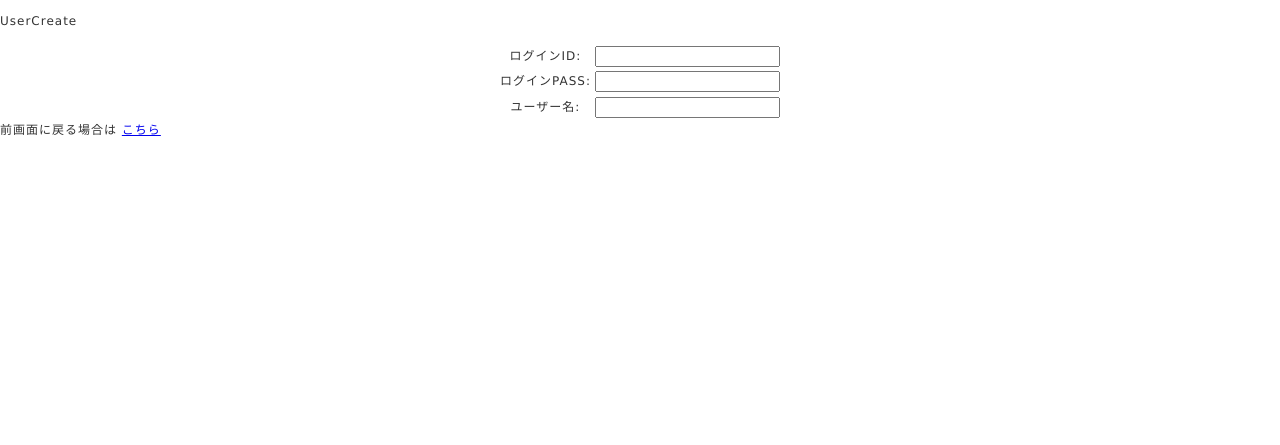
Repository: RyunosukeSaiga0816/test
Page: http://localhost/website/userCreateConfirm.jsp
The author's editor kept a copy of each file at every save. The page is drawn from the files as they stood at one save, then again after the next save.
The browser window is 1280 px wide. The pictures show the whole page.
The page is served by Tomcat 9.

Above is the page before, as saved 2018-07-31 05:39:21.

After the next save:
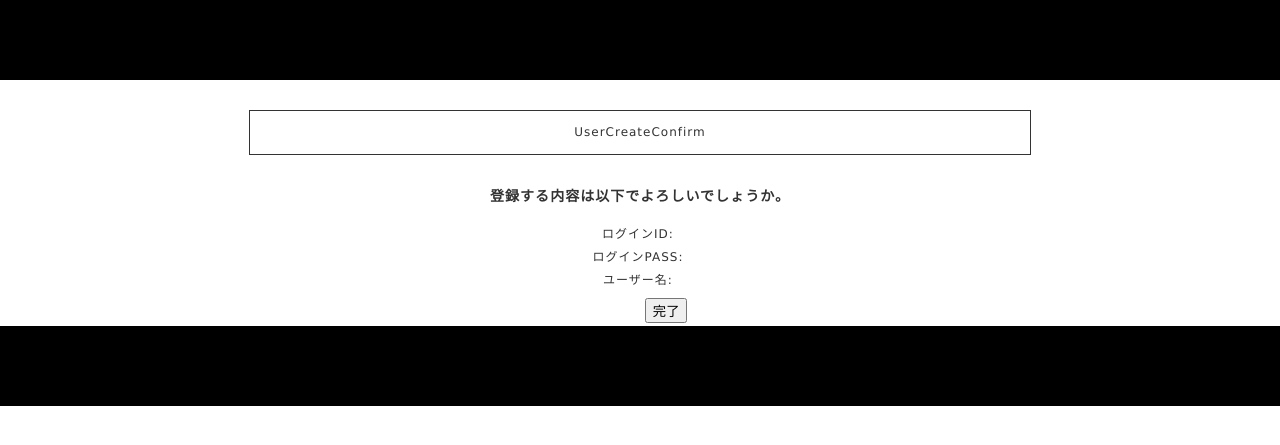
Saved 3 min 14 s later.
--- a/website/WebContent/userCreateConfirm.jsp
+++ b/website/WebContent/userCreateConfirm.jsp
@@ -4,13 +4,13 @@
 <!DOCTYPE html>
 <html>
 	<head>
-		<meta http-equiv="Content-Type" content="text/html; charset=UTF-8"/>
+		<meta http-equiv="Content-Type" content="text/html; charset=utf-8"/>
 		<meta http-equiv="Content-Style-Type" content="text/css"/>
-		<meta http-equiv="Content-Script-Type" content="text/java.script"/>
+		<meta http-equiv="Content-Script-Type" content="text/javascript"/>
 		<meta http-equiv="imagetoolbar" content="no"/>
 		<meta name="description" content=""/>
 		<meta name="keywords" content=""/>
-		<title>UserCreate画面</title>
+		<title>UserCreateConfirm画面</title>
 
 		<style type="text/css">
 
@@ -30,7 +30,7 @@
 				margin:0 auto;
 			}
 
-			/*========ID LAYOUT========:/
+			/*========ID LAYOUT========*/
 			#top{
 				width:780px;
 				margin:30px auto;
@@ -60,49 +60,50 @@
 			</div>
 		</div>
 		<div id="main">
-			<div id="top">
-				<p>UserCreate</p>
-			</div>
-			<div>
-				<s:if test="errorMessage !=''">
-					<s:property value="errorMessage" escape="false"/>
-				</s:if>
-				<table>
-					<s:form action="UserCreateConfirmAction">
-						<tr>
-							<td>
-								<label>ログインID:</label>
-							</td>
-							<td>
-								<input type="text" name="loginUserId" value=""/>
-							</td>
-						</tr>
-						<tr>
-							<td>
-								<label>ログインPASS:</label>
-							</td>
-							<td>
-								<input type="text" name="loginPassword" value=""/>
-							</td>
-						</tr>
-						<tr>
-							<td>
-								<label>ユーザー名:</label>
-							</td>
-							<td>
-								<input type="text" name="userName" value=""/>
-							</td>
-						</tr>
-					</s:form>
-				</table>
+
+				<div id="top">
+					<p>UserCreateConfirm</p>
+				</div>
 				<div>
-					<span>前画面に戻る場合は</span>
-					<a href='<s:url action="HomeAction"/>'>こちら</a>
+					<h3>登録する内容は以下でよろしいでしょうか。</h3>
+					<table>
+						<s:form action="UserCreateCompleteAction">
+							<tr id="box">
+								<td>
+									<label>ログインID:</label>
+								</td>
+								<td>
+									<s:property value="loginUserId" escape="false"/>
+								</td>
+							</tr>
+							<tr id="box">
+								<td>
+									<label>ログインPASS:</label>
+								</td>
+								<td>
+									<s:property value="loginPassword" escape="false"/>
+								</td>
+							</tr>
+							<tr id="box">
+								<td>
+									<label>ユーザー名:</label>
+								</td>
+								<td>
+									<s:property value="userName" escape="false"/>
+								</td>
+							</tr>
+							<tr>
+								<td>
+									<s:submit value="完了"/>
+								</td>
+							</tr>
+						</s:form>
+					</table>
 				</div>
-			</div>
-		</div>
-		<div id="footer">
-			<div id="pr">
+
+			<div id="footer">
+				<div id="pr">
+				</div>
 			</div>
 		</div>
 	</body>
